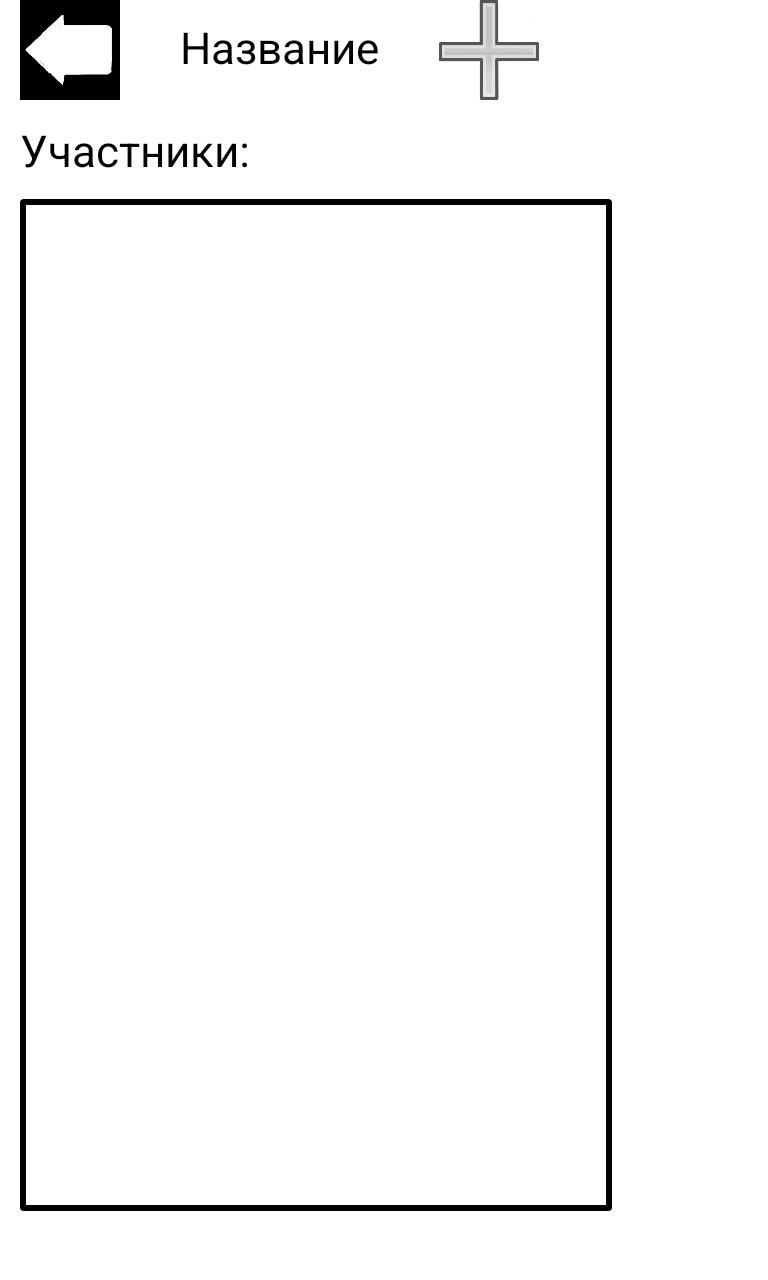
Repository: webguild/RedmineMobile
Layout: Android/RedmineAndroid/res/layout/project_settings_worker.xml
These files come from the project's save history. The layout is drawn as it stood at one moment and after the next save; the edit follows.
It is drawn on a 768 x 1280 px phone screen (xhdpi) without system bars, with theme AppTheme; the app's code is not run. Lists and similar views that code fills are empty.

Above is the layout before, as saved 2013-01-21 14:18:17.

After the next save:
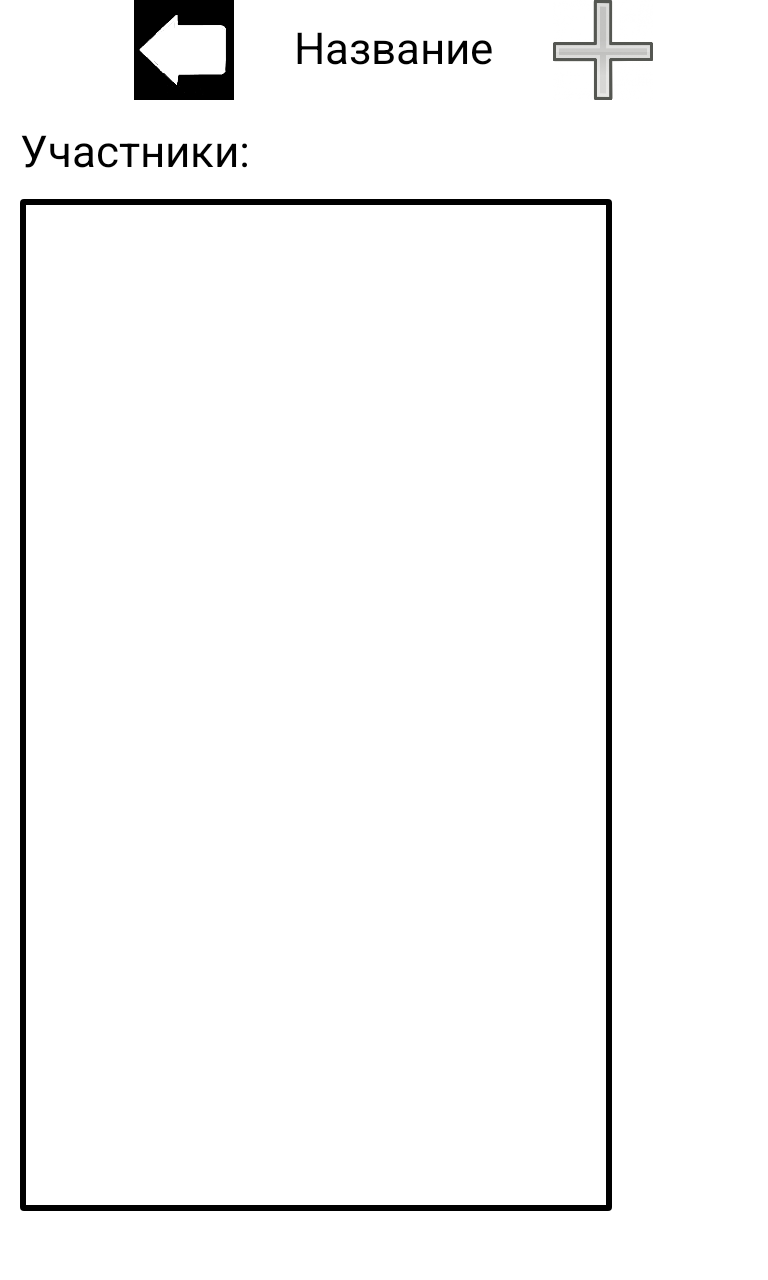
Saved 24 min 37 s later.
--- a/Android/RedmineAndroid/res/layout/project_settings_worker.xml
+++ b/Android/RedmineAndroid/res/layout/project_settings_worker.xml
@@ -8,7 +8,8 @@
 
     <LinearLayout
         android:layout_width="match_parent"
-        android:layout_height="wrap_content" >
+        android:layout_height="wrap_content"
+        android:gravity="center_horizontal" >
 
         <Button
             android:id="@+id/button1"
